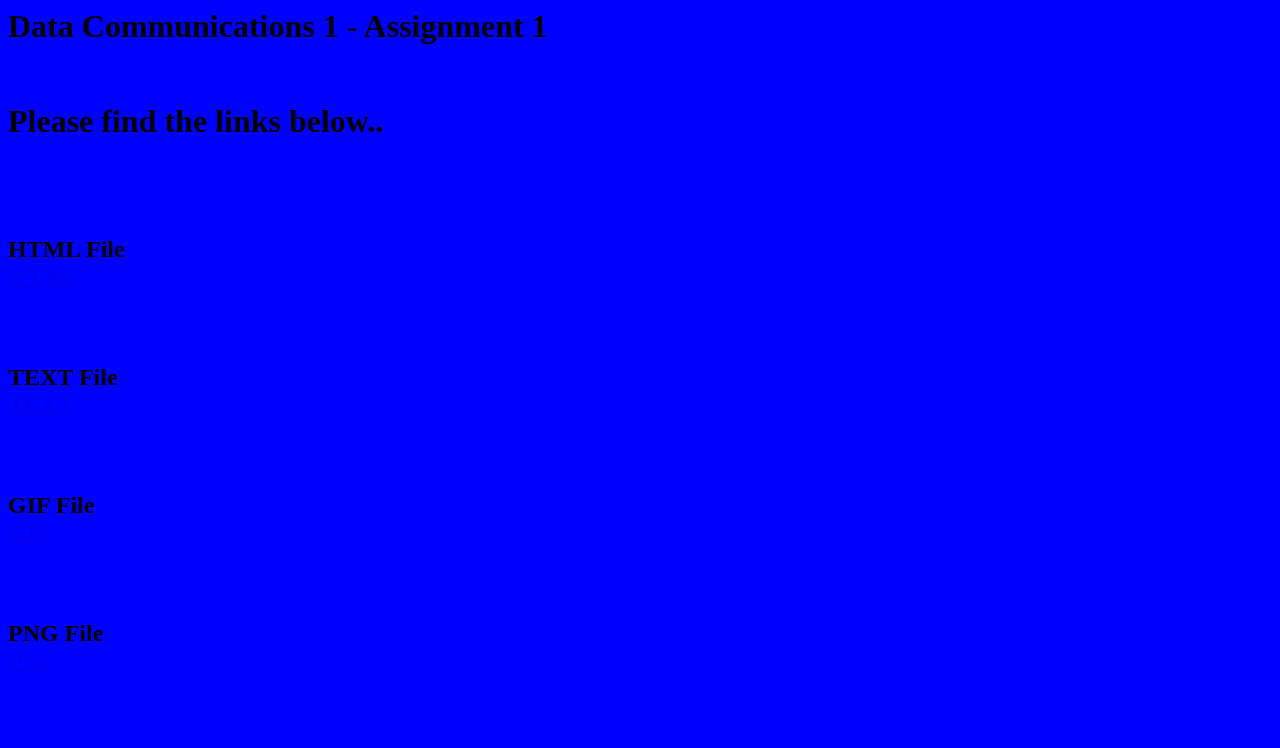
Repository: RaghavTVel/CUB_Codes
Page: eclipse_workspace/DataCommAssignment1/www/index.html
An editor plug-in stored every save of this project. The page is shown before and after the next save, followed by the edit.
The browser window is 1280 px wide. The pictures show the whole page.

Above is the page before, as saved 2015-09-08 07:52:04.

### eclipse_workspace/DataCommAssignment1/www/index.html
<html>

<head>
<h1>
Data Communications 1 - Assignment 1<br><br>
</h1>
</head>

<title>
Data Communications 1 - Assignment 1
</title>

<body bgcolor='blue'>

<p>
<h1>
Please find the links below..<br><br><br>
</h1>
</p>

<p>
<h2>
HTML File<br>
<a href="html/nextpage.html">HTML</a><br><br><br>
</h2>
</p>

<p>
<h2>
TEXT File<br>
<a href="text/thankyou.txt">TEXT</a><br><br><br>
</h2>
</p>

<p>
<h2>
GIF File<br>
<a href="images/impact.gif">GIF</a><br><br><br>
</h2>
</p>

<p>
<h2>
PNG File<br>
<a href="images/fractal.png">PNG</a><br><br><br>
</h2>
</p>

</body>

</html>

After the next save:
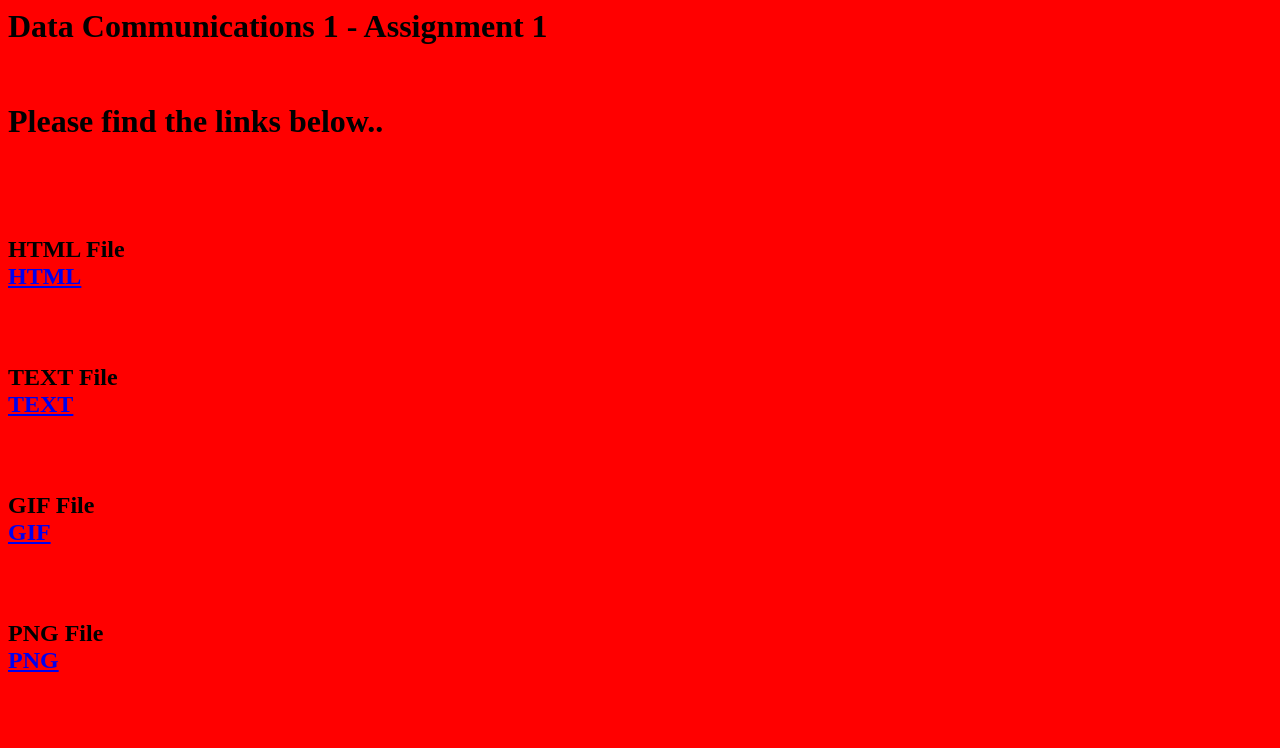
Saved 13 s later.
--- a/eclipse_workspace/DataCommAssignment1/www/index.html
+++ b/eclipse_workspace/DataCommAssignment1/www/index.html
@@ -10,7 +10,7 @@ Data Communications 1 - Assignment 1<br><br>
 Data Communications 1 - Assignment 1
 </title>
 
-<body bgcolor='blue'>
+<body bgcolor='red'>
 
 <p>
 <h1>
